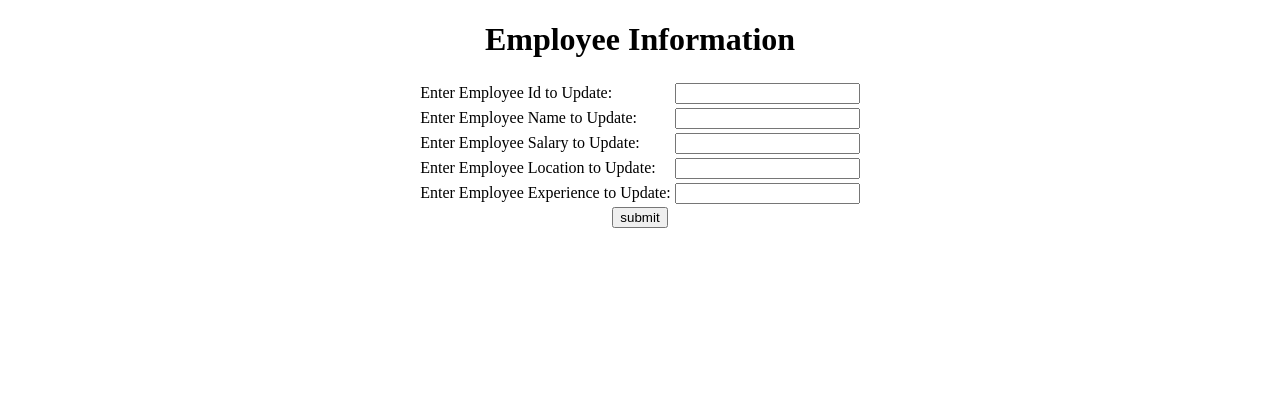
Repository: mounikagunda/corejavaproject
Page: project2/WebContent/update.html
These files come from the project's save history. The page is drawn as it stood at one moment and after the next save; the edit follows.
The browser window is 1280 px wide. The pictures show the whole page.

Above is the page before, as saved 2016-12-16 10:29:27.

After the next save:
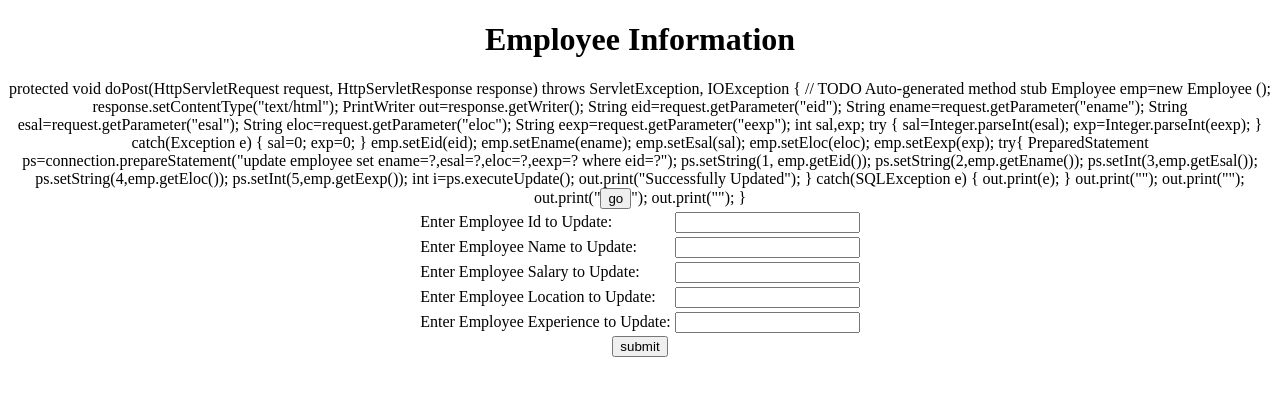
Saved 21 s later.
--- a/project2/WebContent/update.html
+++ b/project2/WebContent/update.html
@@ -9,7 +9,56 @@
 <h1>Employee Information</h1>
 <form action="update" method="post">
 <table>
-<tr>
+<tr>protected void doPost(HttpServletRequest request, HttpServletResponse response) throws ServletException, IOException
+	{
+		// TODO Auto-generated method stub
+		Employee emp=new Employee ();
+		response.setContentType("text/html");
+		PrintWriter out=response.getWriter();
+		String eid=request.getParameter("eid");
+		String ename=request.getParameter("ename");
+		String esal=request.getParameter("esal");
+		String eloc=request.getParameter("eloc");
+		String eexp=request.getParameter("eexp");
+		int sal,exp;
+		try
+		{
+			sal=Integer.parseInt(esal);
+			exp=Integer.parseInt(eexp);
+		}
+		catch(Exception e)
+		{
+			sal=0;
+			exp=0;
+		}
+		 emp.setEid(eid);
+		 emp.setEname(ename);
+		 emp.setEsal(sal);
+		 emp.setEloc(eloc);
+		 emp.setEexp(exp);
+
+		 try{
+			 PreparedStatement ps=connection.prepareStatement("update employee set ename=?,esal=?,eloc=?,eexp=? where eid=?");
+			 ps.setString(1, emp.getEid());
+			 ps.setString(2,emp.getEname());
+			 ps.setInt(3,emp.getEsal());
+			 ps.setString(4,emp.getEloc());
+			 ps.setInt(5,emp.getEexp());
+			 int i=ps.executeUpdate();
+			 out.print("Successfully Updated");
+		 }
+		 catch(SQLException e)
+		 {
+			 out.print(e);
+
+		 }
+		 out.print("<html><body>");
+		 out.print("<form action='index.html' "+ ">");
+		 out.print("<input type='submit' value='go'>");
+		 out.print("</form></body></html>");
+
+	}
+
 <td> Enter Employee Id to Update:</td>
 <td><input type="text" name="eid"/></td>
 </tr>
